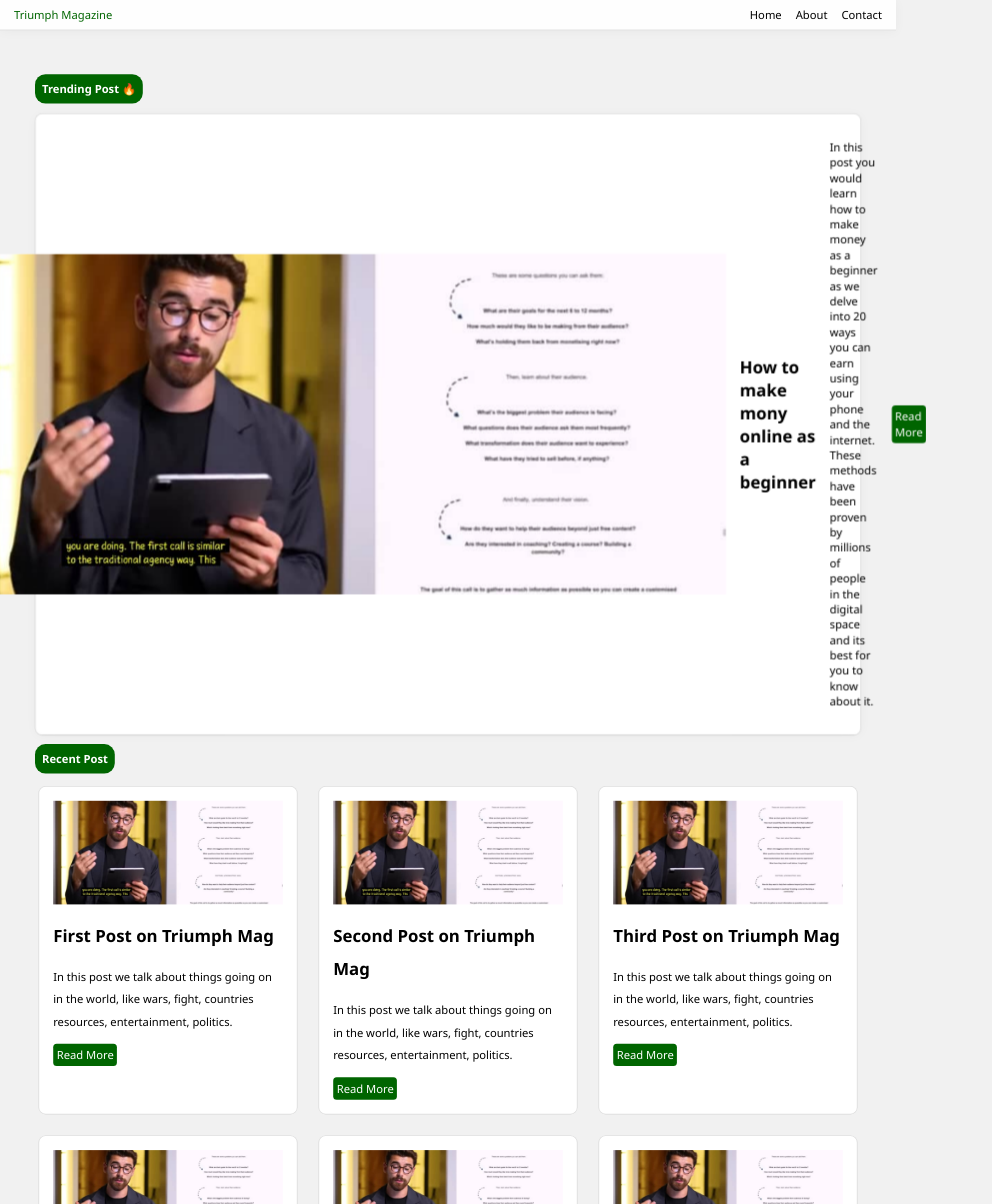
Repository: zikcolle/Triumph-Blog
Page: index.html
The author's editor kept a copy of each file at every save. The page is drawn from the files as they stood at one save, then again after the next save.
The browser window is 1280 px wide. The page is 1323 px wide, then 1417 px, so the pictures cover 1417 px, including what lies to the right of the window. The pictures show the part of the page from y = 0 to 1720 px (the page is 2466 px tall before and 2426 px after), at 70% of full size.

Above is the page before, as saved 2026-06-22 15:09:42.

### index.html
<!DOCTYPE html>
<html lang="en">

<head>
    <meta charset="UTF-8">
    <meta name="viewport" content="width=device-width, initial-scale=1.0">
    <title>Triumph Magazine</title>
    <link rel="stylesheet" href="styles.css">
</head>

<body>
    <header>
        <nav>
            <div class="logo">Triumph Magazine</div>
            <div class="hamburger" onclick="toggleMenu()">
                <svg width="30" height="30">
                    <line x1="3" y1="5" x2="27" y2="5" stroke="black" stroke-width="3" />
                    <line x1="3" y1="15" x2="27" y2="15" stroke="black" stroke-width="3" />
                    <line x1="3" y1="25" x2="27" y2="25" stroke="black" stroke-width="3" />
                </svg>


            </div>
            <ul id="nav-links">
                <li><a href="#">Home</a></li>
                <li><a href="/about-us">About</a></li>
                <li><a href="/contact-us">Contact</a></li>
            </ul>
        </nav>
    </header>


    <main>
        <section>
            <div>
                <h2 class="label-post">Trending Post 🔥</h2>
            </div>
            <div class="feat-post">
                <img src="simage\postiman.jpeg">
                <h1>How to make mony online as a beginner</h1>
                <p>In this post you would learn how to make money as a beginner as we delve into 20 ways you can earn
                    using your phone and the internet. These methods have been proven by millions of people in the
                    digital space and its best for you to know about it.</p>
                <a href="#" class="read-more">Read More</a>
            </div>
        </section>

        <section>
            <div>
                <h2 class="label-post" id="post-label">Recent Post</h2>
            </div>

            <div class="post-grid">
                <div class="blog-post">
                    <img src="simage\postiman.jpeg">
                    <h1>First Post on Triumph Mag</h1>
                    <p>In this post we talk about things going on in the world, like wars, fight, countries resources,
                        entertainment, politics.</p>
                    <a href="#" class="read-more">Read More</a>
                </div>

                <div class="blog-post">
                    <img src="simage\postiman.jpeg">
                    <h1>Second Post on Triumph Mag</h1>
                    <p>In this post we talk about things going on in the world, like wars, fight, countries resources,
                        entertainment, politics.</p>
                    <a href="#" class="read-more">Read More</a>
                </div>

                <div class="blog-post">
                    <img src="simage\postiman.jpeg">
                    <h1>Third Post on Triumph Mag</h1>
                    <p>In this post we talk about things going on in the world, like wars, fight, countries resources,
                        entertainment, politics.</p>
                    <a href="#" class="read-more">Read More</a>
                </div>

                <div class="blog-post">
                    <img src="simage\postiman.jpeg">
                    <h1>Fourth Post on Triumph Mag</h1>
                    <p>In this post we talk about things going on in the world, like wars, fight, countries resources,
                        entertainment, politics.</p>
                    <a href="#" class="read-more">Read More</a>
                </div>

                <div class="blog-post">
                    <img src="simage\postiman.jpeg">
                    <h1>Fifth Post on Triumph Mag</h1>
                    <p>In this post we talk about things going on in the world, like wars, fight, countries resources,
                        entertainment, politics.</p>
                    <a href="#" class="read-more">Read More</a>
                </div>

                <div class="blog-post">
                    <img src="simage\postiman.jpeg">
                    <h1>Sixth Post on Triumph Mag</h1>
                    <p>In this post we talk about things going on in the world, like wars, fight, countries resources,
                        entertainment, politics.</p>
                    <a href="#" class="read-more">Read More</a>
                </div>

            </div>
        </section>
        <a href="/blog" class="view-more">View More Posts</a>
        <section>
            <h2 class="label-post">Related Posts</h2>
            <div class="rel-post">
                <img src="simage\postiman.jpeg">
                <p><a href="/blog">Sixth Post on Triumph Mag</a></p>
            </div>
        </section>
    </main>

    <footer>
        <h2>Triumph Magazine</h2>
        <p>© 2026 Triumph Magazine. All rights reserved.</p>
    </footer>

</body>

</html>

<script>
    function toggleMenu() {
        document.getElementById('nav-links').classList.toggle('active');
    }
</script>

### styles.css
body {
    background-color: rgb(241, 241, 241);
    color: rgb(0, 0, 0);
    font-family:'Segoe UI', Tahoma, Geneva, Verdana, sans-serif;
    padding: 0;
    margin: 0;

}

header {
    position: relative;
    z-index: 100;
    background-color: rgba(255,255,255,0.92);
    padding: 10px 20px;
    border-bottom: 1px solid rgba(0, 0, 0, 0.108);
    backdrop-filter: blur(20px) saturate(180%);
    -webkit-backdrop-filter: blur(20px) saturate(180%);
    box-shadow: 0 1px 0 rgba(0,0,0,0.04), 0 2px 16px rgba(0,0,0,0.04);
    color: rgb(0, 101, 0);
    width: 100%;
    box-sizing: border-box;
}

nav {
    display: flex;
    justify-content: space-between;
    align-items: center;
}

nav ul {
    list-style: none;
    display: flex;
    gap: 20px;
    margin: 0;
    padding: 0;
}

nav ul li a {
    text-decoration: none;
    color: rgb(0, 0, 0);
}

nav a:hover {
    color: rgb(0, 101, 0);
    text-decoration: underline;
}

.hamburger {
    display: none;
    font-size: 24px;
}

@media (max-width: 768px) {
    nav ul {
        display: none;
        flex-direction: column;
        position: absolute;
        top: 60px;
        right: 0;
        background: rgb(255, 255, 255);
        width: 100%;
        text-align: center;
        padding: 20px;
        box-shadow: 0 2px 5px rgba(0, 0, 0, 0.1);
        z-index: 1000;
    }

    nav ul.active {
        display: flex !important;
    }

    nav ul li {
        margin: 10px 0;
    }

    .hamburger {
        display: block;
        cursor: pointer;
    }
}

main {
    padding: 50px;
}

@media (min-width: 768px) {
    main {
        padding: 50px;
    }
}

img, svg, video, canvas, iframe {
  max-width: 100%;
  height: auto;
  display: block;
}

.label-post {
    background-color: rgb(0, 101, 0);
    color: rgb(255, 255, 255);
    max-width: fit-content;
    padding: 10px;
    border-radius: 15px;
    font-size: 1rem;
}

.feat-post {
    display: flex;
    flex-direction: column;
    gap: 20px;
    background-color: rgb(255, 255, 255);
    border: 1px solid rgba(0, 0, 0, 0.129);
    max-width: 100%;
    height: auto;
    align-items: center;
    border-radius: 10px;
    backdrop-filter: blur(20px) saturate(180%);
    -webkit-backdrop-filter: blur(20px) saturate(180%);
    box-shadow: 0 1px 0 rgba(0,0,0,0.04), 0 2px 16px rgba(0,0,0,0.04);
    padding: 20px;
    image-rendering: auto;
    justify-content: center;
}

@media (min-width: 768px) {
    .feat-post {
        flex-direction: row;
        align-items: center;
    }
}

.read-more {
    background-color: rgb(0, 101, 0);
    color: rgb(255, 255, 255);
    text-decoration: none;
    max-width: fit-content;
    padding: 5px;
    border-radius: 5px;
}

.post-grid {
    display: grid;
    grid-template-columns: repeat(auto-fit, minmax(300px, 1fr));
    gap: 20px;
}


.blog-post {
    background-color: rgb(255, 255, 255);
    border: 1px solid rgba(0, 0, 0, 0.129);
    border-radius: 10px;
    padding: 20px;
    margin: 5px;
    line-height: 2;
}

.view-more {
    background-color: rgb(0, 101, 0);
    color: rgb(255, 255, 255);
    text-decoration: none;
    display: inline-block;
    padding: 10px 24px;
    margin: 10px 0;
    border-radius: 5px;
}

.rel-post {
   display: flex;
   align-items: center;
   gap: 20px;
   background-color: rgb(255, 255, 255);
   width: 100%;
   max-width: 500px;
   padding: 10px;
   border: 1px solid rgba(0, 0, 0, 0.129);
   border-radius: 5px;
   backdrop-filter: blur(20px) saturate(180%);
   -webkit-backdrop-filter: blur(20px) saturate(180%);
   box-shadow: 0 1px 0 rgba(0,0,0,0.04), 0 2px 16px rgba(0,0,0,0.04);
}

.rel-post img {
    width: 100px;
    aspect-ratio: 16 / 9;
    object-fit: cover;
}

After the next save:
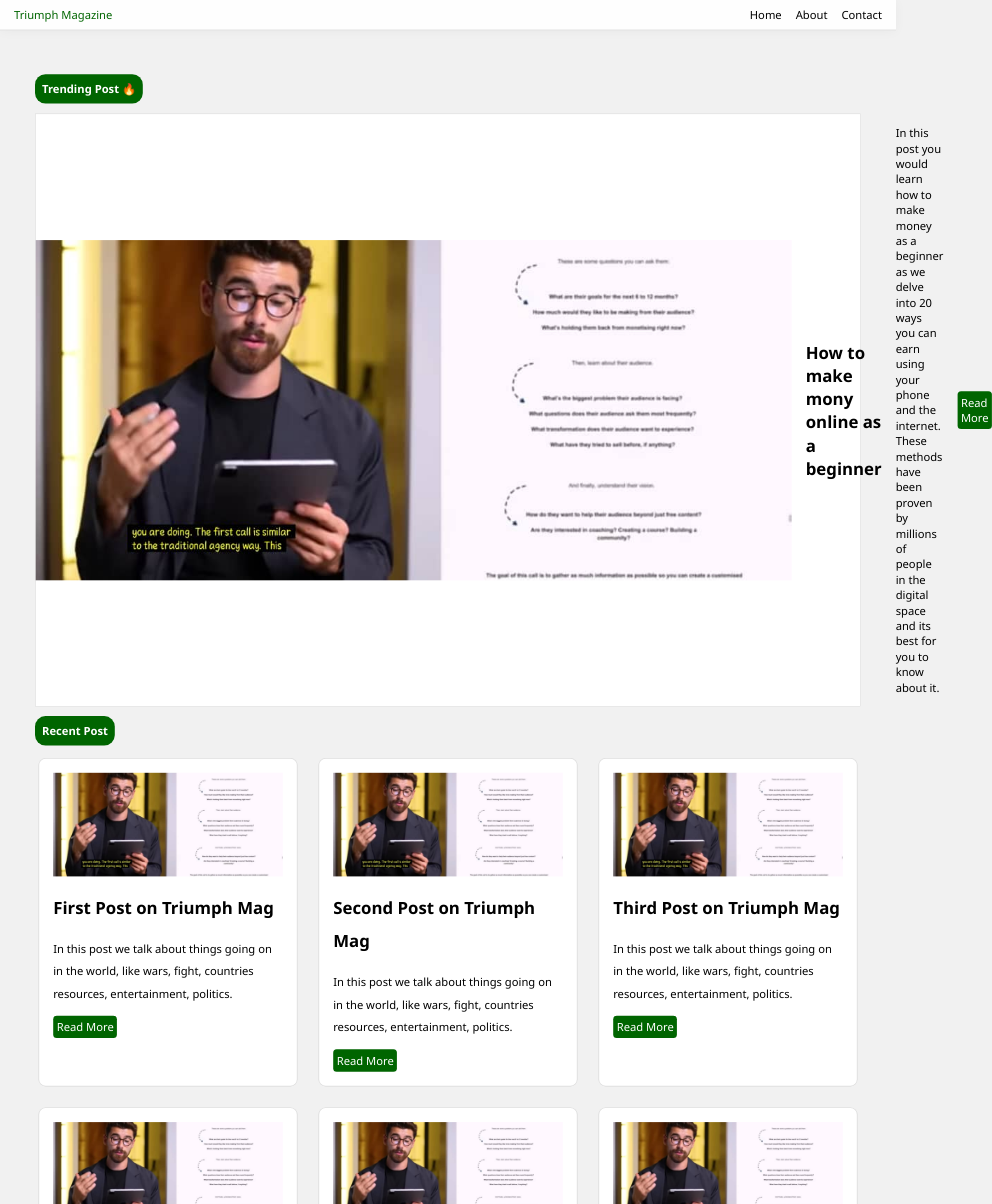
Saved 41 s later.
--- a/styles.css
+++ b/styles.css
@@ -110,16 +110,7 @@ img, svg, video, canvas, iframe {
     gap: 20px;
     background-color: rgb(255, 255, 255);
     border: 1px solid rgba(0, 0, 0, 0.129);
-    max-width: 100%;
-    height: auto;
-    align-items: center;
-    border-radius: 10px;
-    backdrop-filter: blur(20px) saturate(180%);
-    -webkit-backdrop-filter: blur(20px) saturate(180%);
-    box-shadow: 0 1px 0 rgba(0,0,0,0.04), 0 2px 16px rgba(0,0,0,0.04);
-    padding: 20px;
-    image-rendering: auto;
-    justify-content: center;
+
 }
 
 @media (min-width: 768px) {
